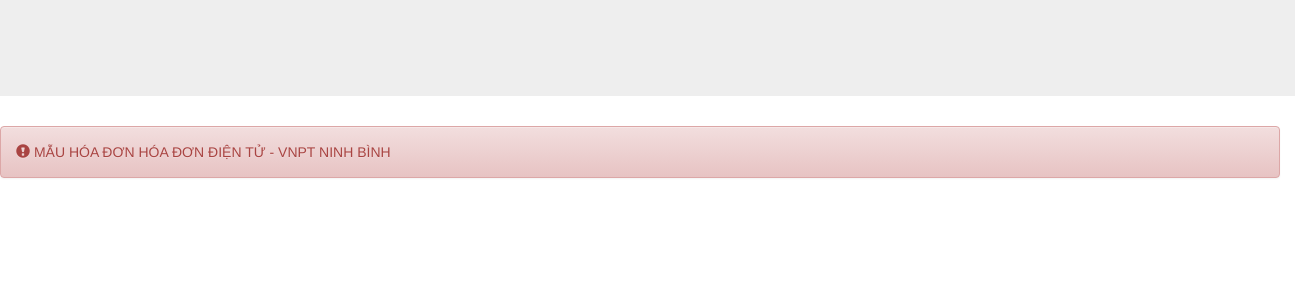
Repository: hoadonvnptninhbinh/hoadonvnptninhbinh
Page: index.html
The author's editor kept a copy of each file at every save. The page is drawn from the files as they stood at one save, then again after a run of saves.
The browser window is 1280 px wide. The page is 1295 px wide, then 1280 px, so the pictures cover 1295 px, including what lies to the right of the window. The pictures show the whole page.

Above is the page before, as saved 2020-04-07 14:10:16.

### index.html
<!DOCTYPE html>
<html lang="en">
  <head>
    <meta charset="utf-8">
    <meta http-equiv="X-UA-Compatible" content="IE=edge">
    <meta name="viewport" content="width=device-width, initial-scale=1">
    <!-- The above 3 meta tags *must* come first in the head; any other head content must come *after* these tags -->
    <title>VNPT Ninh Bình - Mẫu Hóa Đơn HDĐT</title>

    <!-- Bootstrap -->
    <link href="plugin/bootstrap/css/bootstrap.min.css" rel="stylesheet">
    <link href="plugin/bootstrap/css/bootstrap-theme.min.css" rel="stylesheet">

  </head>
  <body>
      <div class='container'>

      </div>
      <div class="row jumbotron">
        <div class="col"></div>
      </div>
    <div class="alert alert-danger" role="alert">
        <span class="glyphicon glyphicon-exclamation-sign"></span>
        MẪU HÓA ĐƠN HÓA ĐƠN ĐIỆN TỬ - VNPT NINH BÌNH
      </div>
    <!-- jQuery (necessary for Bootstrap's JavaScript plugins) -->
    <script src="js/jquery.min.js"></script>
    <!-- Include all compiled plugins (below), or include individual files as needed -->
    <script src="plugin/bootstrap/js/bootstrap.min.js"></script>
  </body>
</html>

Loaded but not shown: plugin/bootstrap/css/bootstrap.min.css (library); plugin/bootstrap/css/bootstrap-theme.min.css (library); js/jquery.min.js (library); plugin/bootstrap/js/bootstrap.min.js (library)

After the next 2 saves:
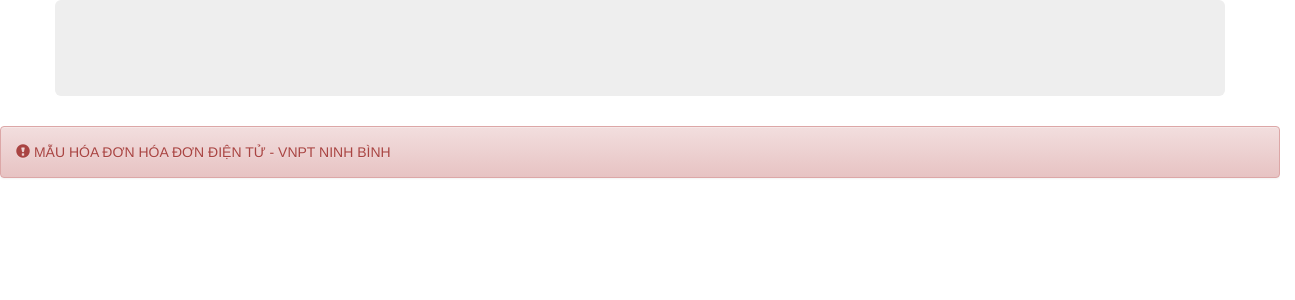
The 2 saves are shown as one change because they came seconds apart.
The last was saved 8 s later.
--- a/index.html
+++ b/index.html
@@ -14,10 +14,9 @@
   </head>
   <body>
       <div class='container'>
-
-      </div>
-      <div class="row jumbotron">
-        <div class="col"></div>
+        <div class="row jumbotron">
+            <div class="col"></div>
+          </div>
       </div>
     <div class="alert alert-danger" role="alert">
         <span class="glyphicon glyphicon-exclamation-sign"></span>
